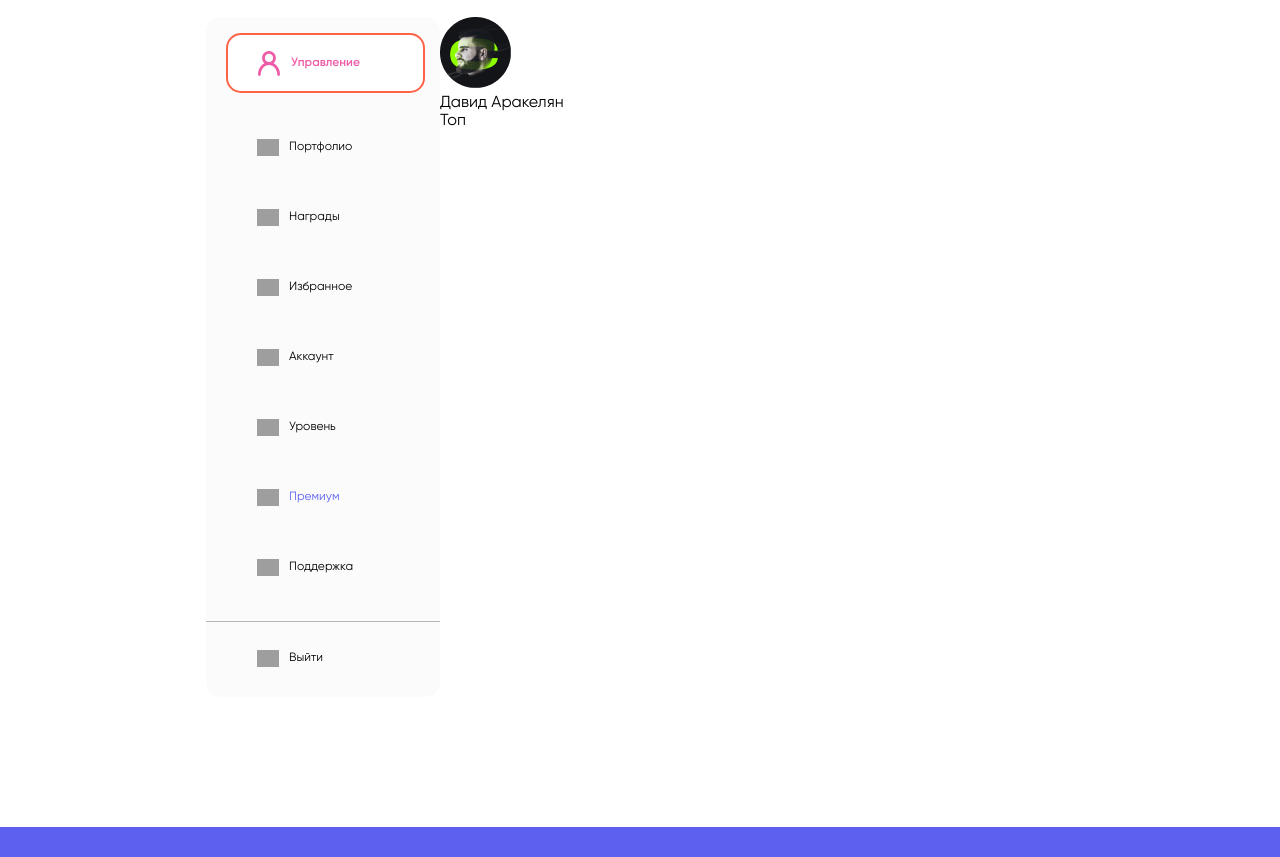
Repository: alexboagreek/selfmade
Page: index.html
An editor plug-in stored every save of this project. The page is shown before and after a run of saves, followed by the edit.
The browser window is 1280 px wide. The pictures show the part of the page from y = 353 to 1210 px (the page is 1719 px tall).
Pictures or frames that could not be fetched are drawn as grey boxes. A picture or video elsewhere on the page could not be fetched, so the positions and the page height are approximate.

Above is the page before, as saved 2022-12-13 12:16:12.

### index.html
<!DOCTYPE html>
<html lang="ru">
<head>
    <meta charset="UTF-8">
    <meta http-equiv="X-UA-Compatible" content="IE=edge">
    <meta name="viewport" content="width=device-width, initial-scale=1.0">
    <link rel="stylesheet" href="css/style.css">
    <link rel="icon" type="image/png" sizes="64x64" href="assets/icons/favicon.png">
    <link rel="icon" type="image/png" sizes="48x48" href="assets/icons/favicon_48.png">
    <title>Selfmade</title>
</head>
<body>
    <header class="header">
        <div class="header__container">
            <h1 class="visually-hidden">Selfmade...</h1>
            <div class="header__box">
                <div class="header__logo">
                    <a href="/"><img src="./assets/icons/header_logo.svg" alt="Логотип Selfmade"></a>
                </div>
                <div class="header__login">
                    <div class="header__alarm">
                        <img class="header__alarm_icon" src="assets/icons/bell.svg" alt="authorization bell">
                    </div>
                    <p class="user__name">Аракелян Д.</p>
                    <div class="user__login">
                        <img src="assets/icons/user_icon.svg" alt="user icon">
                    </div>
                </div>

            </div>

        </div>
    </header>

    <main class="main main__container">
        <div class="sidebar">
            <ul class="menu__list">
                <li class="menu__list_item menu__list_item_fix">
                    <button class="menu__list_button menu__button_control control__text">Управление</button>
                </li>
                <li class="menu__list_item list_item_fix">
                    <button class="menu__list_button menu__button_portfolio">Портфолио</button>
                </li>
                <li class="menu__list_item list_item_fix">
                    <button class="menu__list_button menu__button_star">Награды</button>
                </li>
                <li class="menu__list_item list_item_fix">
                    <button class="menu__list_button menu__button_like">Избранное</button>
                </li>
                <li class="menu__list_item list_item_fix">
                    <button class="menu__list_button menu__button_settings">Аккаунт</button>
                </li>
                <li class="menu__list_item list_item_fix">
                    <button class="menu__list_button menu__button_level">Уровень</button>
                </li>
                <li class="menu__list_item list_item_fix">
                    <button class="menu__list_button menu__button_premium menu__button_active">Премиум</button>
                </li>
                <li class="menu__list_item item__border list_item_fix">
                    <button class="menu__list_button menu__button_helper">Поддержка</button>
                </li>
                <li class="menu__list_item list_item_fix menu__line">
                    <button class="menu__list_button menu__button_exit">Выйти</button>
                </li>
            </ul>
        </div>
        <div class="content">
            <section class="interface">
                <div class="interface__box">
                    <div class="interface__box_header">
                        <img src="assets/img/interface.png" alt="Логотип интерфейса юзера | user interface logo" class="interface__img">
                        <p class="interface__text">Давид Аракелян</p>
                        <div class="interface__rating">Топ</div>
                    </div>
                </div>
            </section>
        </div>
    </main>

  <footer class="footer">
    <div class="footer__container">
        <div class="footer__box">
            <img src="./assets/icons/footer_logo.svg" alt="Логотип Selfmade">
            <div class="footer__social">
                <ul class="footer__social_list">
                    <li class="footer__social_list_item">
                        <svg width="15" height="14" viewbox="0 0 15 14" fill="none" xmlns="http://www.w3.org/2000/svg">
                            <path d="M0.911243 6.87875L4.18677 8.10128L5.45459 12.1786C5.53572 12.4397 5.85504 12.5363 6.067 12.363L7.89283 10.8745C8.08421 10.7186 8.35682 10.7108 8.55683 10.856L11.85 13.2469C12.0767 13.4117 12.3979 13.2875 12.4548 13.0135L14.8672 1.40935C14.9293 1.11007 14.6352 0.860402 14.3502 0.970619L0.907405 6.15646C0.575664 6.2844 0.578554 6.75408 0.911243 6.87875ZM5.25027 7.4505L11.6519 3.50775C11.7669 3.43709 11.8853 3.59266 11.7865 3.6843L6.50332 8.59526C6.31761 8.76813 6.19783 8.99946 6.1639 9.25055L5.98393 10.5842C5.9601 10.7623 5.70995 10.78 5.66081 10.6077L4.96866 8.17563C4.88939 7.89823 5.00491 7.60194 5.25027 7.4505Z" fill="#5D5FEF"/>
                        </svg>
                    </li>
                    <li class="footer__social_list_item">
                        <svg width="15" height="15" viewbox="0 0 15 15" fill="none" xmlns="http://www.w3.org/2000/svg">
                            <path fill-rule="evenodd" clip-rule="evenodd" d="M4.90509 0.6828C2.54568 0.6828 0.632996 2.59548 0.632996 4.9549V10.295C0.632996 12.6544 2.54568 14.5671 4.90509 14.5671H10.2452C12.6046 14.5671 14.5173 12.6544 14.5173 10.295V4.9549C14.5173 2.59548 12.6046 0.6828 10.2452 0.6828H4.90509ZM7.57515 3.88687C5.51067 3.88687 3.83707 5.56047 3.83707 7.62496C3.83707 9.68944 5.51067 11.363 7.57515 11.363C9.63964 11.363 11.3132 9.68944 11.3132 7.62496C11.3132 5.56047 9.63964 3.88687 7.57515 3.88687ZM11.5421 4.64975C12.0898 4.64975 12.5338 4.20573 12.5338 3.65801C12.5338 3.11029 12.0898 2.66627 11.5421 2.66627C10.9944 2.66627 10.5504 3.11029 10.5504 3.65801C10.5504 4.20573 10.9944 4.64975 11.5421 4.64975Z" fill="#5D5FEF"/>
                        </svg>
                    </li>
                    <li class="footer__social_list_item">
                        <svg width="16" height="9" viewbox="0 0 16 9" fill="none" xmlns="http://www.w3.org/2000/svg">
                            <path d="M12.9479 4.91454C12.7006 4.61918 12.7714 4.48778 12.9479 4.22376C12.9511 4.22075 14.9925 1.55289 15.2028 0.648132L15.2041 0.647529C15.3086 0.317814 15.2041 0.0755005 14.6987 0.0755005H13.0263C12.6006 0.0755005 12.4043 0.283456 12.2991 0.516125C12.2991 0.516125 11.4477 2.44378 10.2431 3.69332C9.85434 4.05438 9.67462 4.17012 9.46239 4.17012C9.35787 4.17012 9.19535 4.05438 9.19535 3.72467V0.647529C9.19535 0.252112 9.07617 0.0755005 8.72373 0.0755005H6.09412C5.82709 0.0755005 5.66839 0.259948 5.66839 0.431737C5.66839 0.80666 6.27066 0.892856 6.33312 1.9477V4.23642C6.33312 4.73792 6.23689 4.83015 6.02338 4.83015C5.45489 4.83015 4.07508 2.89465 3.25739 0.679476C3.09232 0.249701 2.93108 0.0761032 2.50216 0.0761032H0.829178C0.351821 0.0761032 0.255585 0.284059 0.255585 0.516728C0.255585 0.927817 0.824079 2.97181 2.89921 5.67222C4.28221 7.51549 6.22988 8.51428 8.00164 8.51428C9.06661 8.51428 9.19663 8.29246 9.19663 7.91091C9.19663 6.14961 9.10039 5.98325 9.63383 5.98325C9.88111 5.98325 10.3068 6.09898 11.3011 6.98806C12.4374 8.04231 12.6242 8.51428 13.2602 8.51428H14.9326C15.4093 8.51428 15.6508 8.29246 15.5119 7.85485C15.1939 6.93442 13.0448 5.04112 12.9479 4.91454V4.91454Z" fill="#5D5FEF"/>
                        </svg>
                    </li>
                    <li class="footer__social_list_item">
                        <svg width="7" height="14" viewbox="0 0 7 14" fill="none" xmlns="http://www.w3.org/2000/svg">
                            <path d="M5.1126 2.93661H6.8285V0.446777H4.81141V0.455757C2.36736 0.540786 1.86645 1.89031 1.8223 3.30771H1.81727V4.55101H0.153015V6.9893H1.81727V13.5253H4.3254V6.9893H6.37996L6.77685 4.55101H4.32622V3.79984C4.32622 3.32082 4.65072 2.93661 5.1126 2.93661Z" fill="#5D5FEF"/>
                        </svg>
                    </li>
                </ul>
            </div>
        </div>
        <div class="footer__services">
            <ul class="services__list">
                <li class="services__list_item">Как работает сервис?</li>
                <li class="services__list_item">Советы от SELFMADE</li>
                <li class="services__list_item">Пользовательское соглашение</li>
                <li class="services__list_item">Почему SELFMADE</li>
                <li class="services__list_item">Помощь и поддержка</li>
            </ul>
        </div>
    </div>
    <div class="footer__copyright">
        <ul class="footer__copyright_list">
            <li class="footer__copyright_list_item footer__copy_text">© SELFMADE.TEAM 2022</li>
            <li class="footer__copyright_list_item footer__copy_text-info">ИНН 431207720494 / ОГРНИП 320508100324371</li>
            <li class="footer__copyright_list_item">
                <a class="footer__copyright_link" href="#">Политика конфиденциальности</a>
            </li>
        </ul>
    </div>

  </footer>
</body>
</html>

### css/style.css
@import 'normalize.css';
@import 'fonts.css';
@import 'default.css';
@import 'header.css';
@import 'sidebar.css';
@import 'interface.css';
@import 'footer.css';

### css/fonts.css
@font-face {
    font-family: Gilroy;
    src: url(../assets/fonts/Gilroy-Regular.woff2) format('woff2'),
    url(../assets/fonts/Gilroy-Regular.woff) format('woff');
    font-weight: 400;
}

@font-face {
    font-family: Gilroy;
    src: url(../assets/fonts/Gilroy-Semibold.woff2) format('woff2'),
    url(../assets/fonts/Gilroy-Semibold.woff) format('woff');
    font-weight: 500;
}

@font-face {
    font-family: Gilroy;
    src: url(../assets/fonts/Gilroy-Bold.woff2) format('woff2'),
    url(../assets/fonts/Gilroy-Bold.woff) format('woff');
    font-weight: 600;
}

### css/default.css
:root {
    --color-control-text:#EF5DA8;
    --color-menu: #F0F0F0;
    --color-menu-active: #5D5FEF;
    --color-alarm: #EF5DA8;
    --color-main: #FBFBFB;
    --footer-color-main: #5D5FEF;
    --footer-color-copyright: #5556D3;
    --footer-social-color: #FFFFFF;
    --footer-copyright-link: #B6B6B6;
}

html {
  overflow-x: hidden;
  position: relative;
  box-sizing: border-box;
}

*,
*::before,
*::after {
  box-sizing: inherit;
}

body {
  display: flex;
  flex-direction: column;
  min-width: 320px;
  height: 100%;
  font-family: Gilroy, sans-serif;
  background-color: #FFFFFF;
  font-size: 16px;
  overflow-x: hidden;
  position: relative;
}

img,
svg {
  max-width: 100%;
  max-height: 100%;
  height: auto;
}

button {
  padding: 0;
  cursor: pointer;
  border: none;
  background-color: transparent;
}

a {
  text-decoration: none;
  color: inherit;
}

ul {
  list-style: none;
  padding: 0;
  margin: 0;
}

h1,
h2,
h3,
p,
figure,
fieldset {
  margin: 0;
}

iframe {
  border: none;
}

fieldset {
  padding: 0;
  border: 0;
}

.visually-hidden {
  position: fixed;
  transform: scale(0);
}

.container {
    max-width: 1400px;
    padding: 0 100px;
    margin: 0 auto;
}

### css/header.css
.header {
    padding-top: 28px;
    padding-bottom: 37px;
    flex: 0 0 auto;
    background-color: #FFFFFF;
}

.header__box {
    display: flex;
    justify-content: space-between;
    align-items: center;
}

.header__container {
    max-width: 1500px;
    margin: 0 auto;
    padding: 0 100px;
}

.header__alarm {
    position: relative;
    margin-right: 11px;
}

.header__alarm::after {
    position: absolute;
    top: 0;
    content: '';
    width: 5px;
    height: 5px;
    background-color: var(--color-alarm);
    border-radius: 50%;
}
.user__name {
    margin-right: 6px;
}

.header__login {
    display: flex;
    align-items: center;
}

.user__login {
    cursor: pointer;
}

.services__list_item {
    cursor: pointer;
}

### css/sidebar.css
.main {
    display: flex;
}

.main__container {
    max-width: 1200px;
    margin: 0 auto;
}

.sidebar {
    display: flex;
    justify-content: center;
    width: 234px;
    border-radius: 15px;
    background-color: var(--color-main);
    margin-bottom: 130px;
}

.menu__list_button {
    font-size: 12px;
    line-height: 16px;
    padding: 7px 8px 7px 40px;
    background-size: 22px;
    background-position: 8px center;
    background-repeat: no-repeat;
    border-radius: 50px;
    border: 1px solid transparent;
    white-space: nowrap;
    outline: none;
    margin-bottom: 38px;
}

.menu__list_item_fix {
    display: flex;
    padding-left: 20px;
    align-items: flex-start;
}

.menu__button_active {
    color: var(--color-menu-active);
}

.menu__button_control {
    width: 199px;
    margin-top: 16px;
    border-radius: 15px;
    border: 2px solid tomato;
    padding: 20px;
    background-color: #FFFFFF;
    background-image: url('../assets/icons/user__icon.svg');
    background-position: calc(30px);
}

.control__text {
    font-weight: 500;
    color: var(--color-control-text);
}

.menu__button_portfolio {
    background-image: url('../assets/icons/portfolio_icon.svg');
}
.menu__button_star {
    background-image: url('../assets/icons/star_icon.svg');
}

.menu__button_like {
    background-image: url('../assets/icons/like_icon.svg');
}
.menu__button_settings {
    background-image: url('../assets/icons/settings_icon.svg');
}
.menu__button_level {
    background-image: url('../assets/icons/level_icon.svg');
}
.menu__button_premium {
    background-image: url('../assets/icons/premium_icon.svg');
}

.menu__button_helper {
    background-image: url('../assets/icons/helper_icon.svg');
}

.menu__line {
    width: 234px;
    border-top: 1px solid var(--footer-copyright-link);
}
.menu__button_exit {
    background-image: url('../assets/icons/exit_icon.svg');
    margin-top: 20px;
    margin-bottom: 23px;
}

.list_item_fix {
    padding-left: 42px;
}

### css/interface.css
.interface__box {
    width: 634px;
}

### css/footer.css
.footer {
    flex: 0 0 auto;
}

.footer__container {
    padding: 50px 140px 0px 140px;
    background-color: var(--footer-color-main);
}

.footer__box {
    display: flex;
    justify-content: space-between;
    background-color: var(--footer-color-main);
    margin-bottom: 50px;
}

.footer__social_list_item {
    display: flex;
    align-items: center;
    justify-content: center;
    width: 29px;
    height: 29px;
    background-color: var(--footer-social-color);
    border-radius: 50%;
    margin-right: 19px;
    cursor: pointer;
}

.footer__social_list_item:last-child {
    margin-right: 0;
}

.footer__social_list {
    display: flex;
}

.footer__services {
    padding-bottom: 41px;
}

.services__list {
    display: flex;
    justify-content: space-between;
}
.services__list_item {
    font-size: 16px;
    font-weight: 500;
    color: var(--footer-social-color);
}

.footer__copyright {
    padding: 30px 140px;
    border-top: 1px solid #FFFFFF;
    background-color: var(--footer-color-copyright);
}

.footer__copyright_list {
    display: flex;
    justify-content: space-between;
}

.footer__copy_text {
    font-weight: 500;
    line-height: 16px;
    color: var(--footer-social-color);
}

.footer__copy_text-info {
    font-weight: 400;
    color: var(--footer-social-color);
}
.footer__copyright_link {
    color: var(--footer-copyright-link);
}

Loaded but not shown: css/normalize.css (library)

After the next 2 saves:
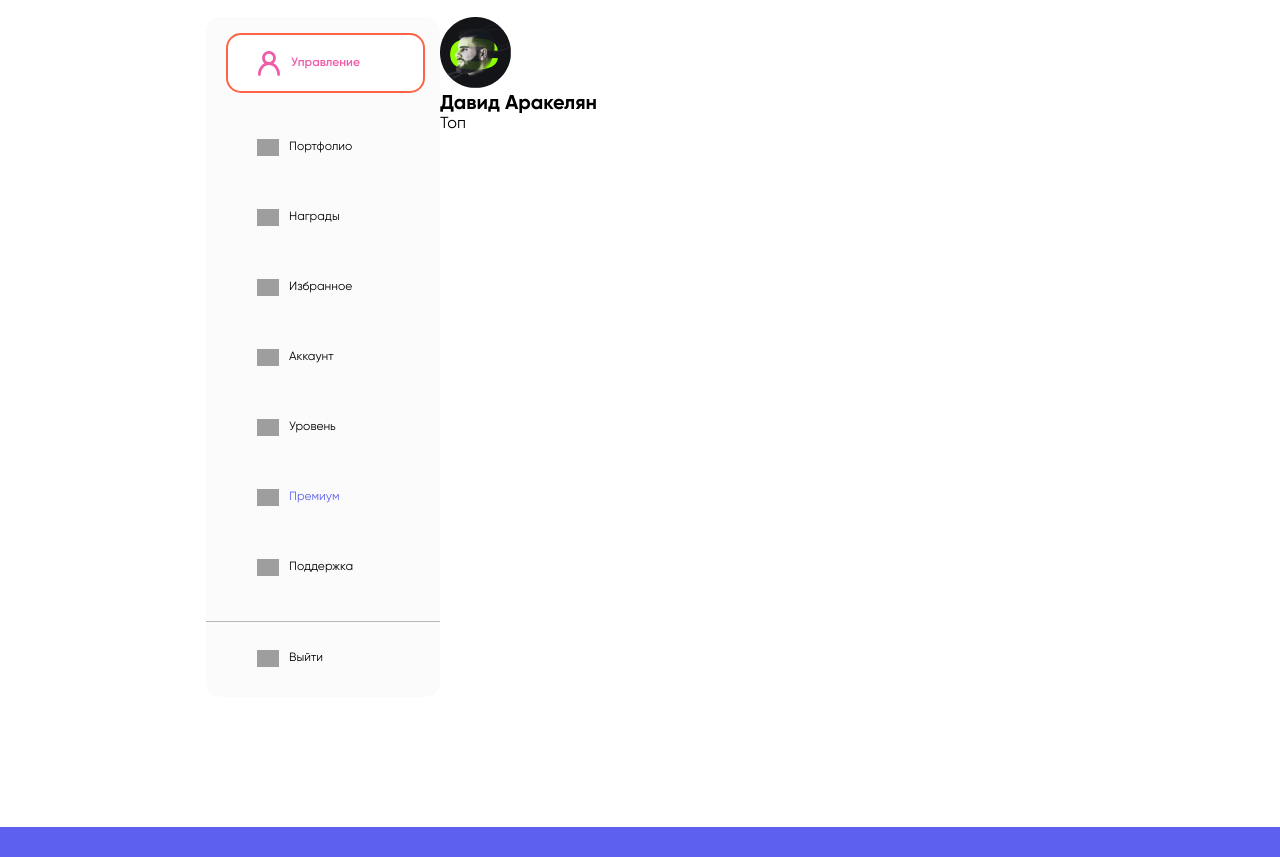
The 2 saves are shown as one change because they came seconds apart.
The last was saved 82 s later.
--- a/css/interface.css
+++ b/css/interface.css
@@ -1,3 +1,9 @@
 .interface__box {
     width: 634px;
 }
+
+.interface__text {
+    font-weight: 700;
+font-size: 20px;
+line-height: 106%
+}
